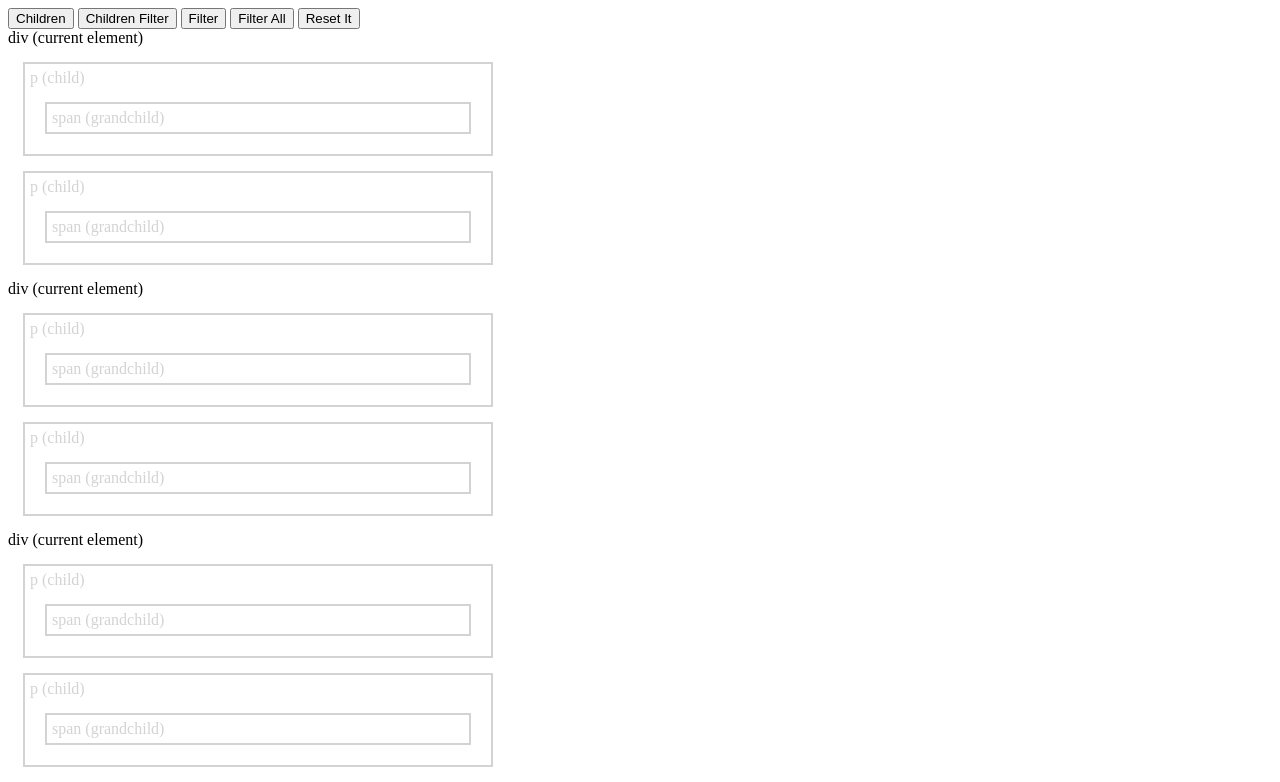
Repository: sudheerj/jQuery
Page: jQueryExamples/chapter03/AdjacentSiblingSelector.html
An editor plug-in stored every save of this project. The page is shown before and after the next save, followed by the edit.
The browser window is 1280 px wide. The pictures show the whole page.

Above is the page before, as saved 2016-10-21 03:09:04.

### jQueryExamples/chapter03/AdjacentSiblingSelector.html
<!DOCTYPE html>
<head>
	<title>jQuery Descendants</title>
	<script type="text/javascript" src="..\jquery\jquery-3.1.1.min.js"></script>

	<script>
		$(document).ready(function() {
			$("#button1").click(function() {
				$("div").children().css({
					"color" : "red",
					"border" : "2px solid red"
				});
			});
			$("#button2").click(function() {
				$("div").children("p.first").css({
					"color" : "red",
					"border" : "2px solid red"
				});
			});
			$("#button3").click(function() {
				$("div").find("span").css({
					"color" : "red",
					"border" : "2px solid red"
				});
			});
			$("#button4").click(function() {
				$("span").parentsUntil("div").css({
					"color" : "red",
					"border" : "2px solid red"
				});
			});
			$("#reset").click(function() {
				location.reload();
			});

		});
	</script>
	<style>
		.descendants1 * {
			display: block;
			border: 2px solid lightgrey;
			color: lightgrey;
			padding: 5px;
			margin: 15px;
		}

		.descendants2 * {
			display: block;
			border: 2px solid lightgrey;
			color: lightgrey;
			padding: 5px;
			margin: 15px;
		}

		.descendants3 * {
			display: block;
			border: 2px solid lightgrey;
			color: lightgrey;
			padding: 5px;
			margin: 15px;
		}

		.descendants4 * {
			display: block;
			border: 2px solid lightgrey;
			color: lightgrey;
			padding: 5px;
			margin: 15px;
		}
	</style>
</head>
<body>
	<button id="button1">
		Children
	</button>
	<button id="button2">
		Children Filter
	</button>
	<button id="button3">
		Filter
	</button>
	<button id="button4">
		Filter All
	</button>
	<button id="reset">
		Reset It
	</button>

	<div class="descendants1" style="width:500px;">
		div (current element)
		<p>
			p (child) <span>span (grandchild)</span>
		</p>
		<p>
			p (child) <span>span (grandchild)</span>
		</p>
	</div>

	<div class="descendants2" style="width:500px;">
		div (current element)
		<p class="first">
			p (child) <span>span (grandchild)</span>
		</p>
		<p class="second">
			p (child) <span>span (grandchild)</span>
		</p>
	</div>

	<div class="descendants3" style="width:500px;">
		div (current element)
		<p>
			p (child) <span>span (grandchild)</span>
		</p>
		<p>
			p (child) <span>span (grandchild)</span>
		</p>
	</div>

</body>
</html>

Loaded but not shown: jQueryExamples/jquery/jquery-3.1.1.min.js (library)

After the next save:
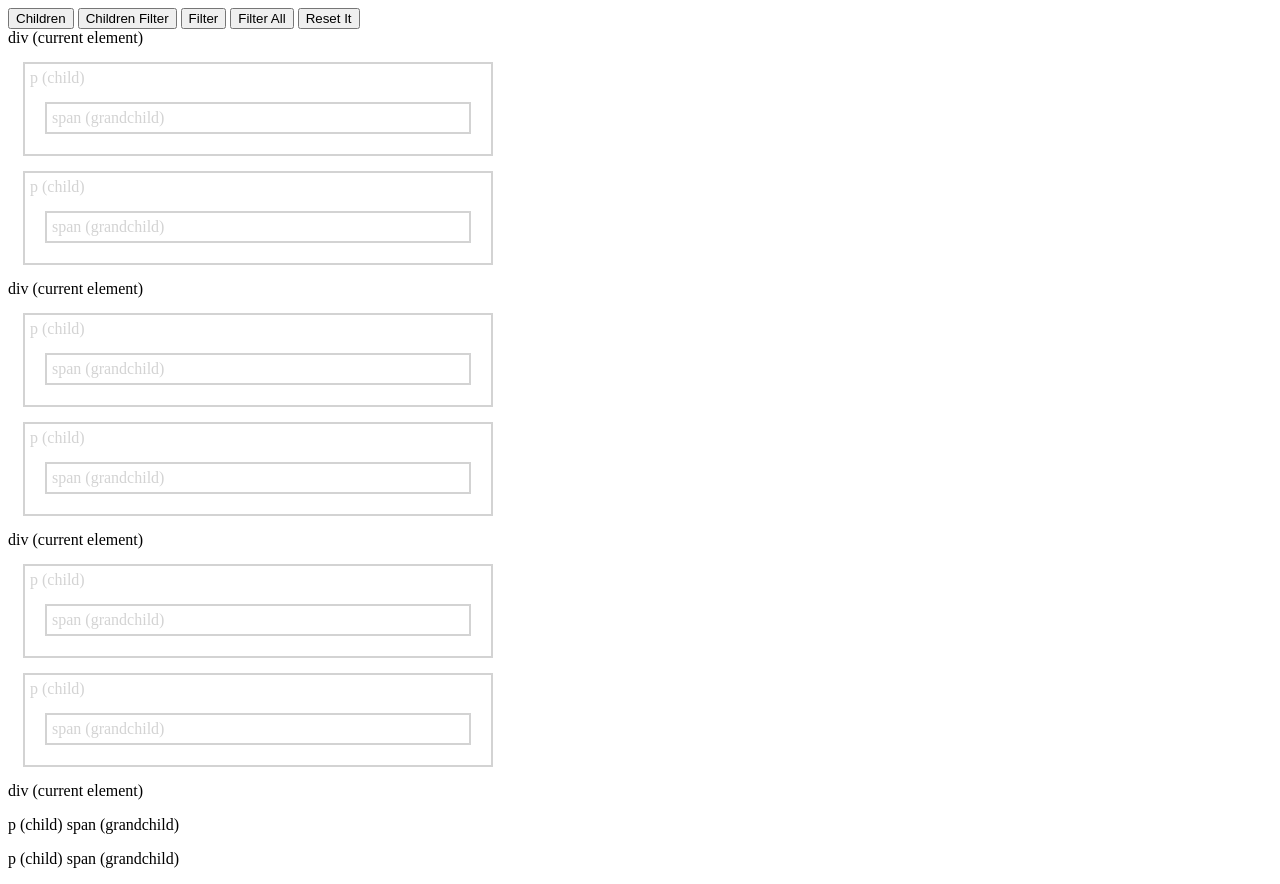
Saved 19 s later.
--- a/jQueryExamples/chapter03/AdjacentSiblingSelector.html
+++ b/jQueryExamples/chapter03/AdjacentSiblingSelector.html
@@ -116,5 +116,14 @@
 		</p>
 	</div>
 
+	<div class="descendants" style="width:500px;">div (current element)
+  <p>p (child)
+    <span>span (grandchild)</span>
+  </p>
+  <p>p (child)
+    <span>span (grandchild)</span>
+  </p>
+</div>
+
 </body>
 </html>
